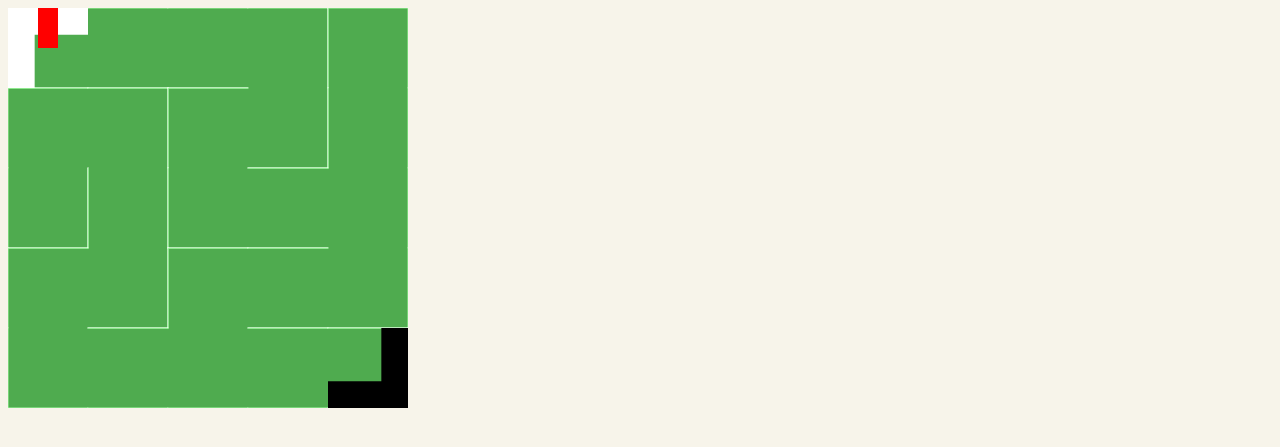
Repository: animarcus/maze-generator
Page: index.html
The author's editor kept a copy of each file at every save. The page is drawn from the files as they stood at one save, then again after the next save.
The browser window is 1280 px wide. The pictures show the whole page.
Some web libraries are served in a nearby version.

Above is the page before, as saved 2020-09-12 18:55:30.

### index.html
<!DOCTYPE html>
<html lang="en">
<head>
  <link rel="apple-touch-icon" sizes="180x180" href="/icons/apple-touch-icon.png">
  <link rel="icon" type="image/png" sizes="32x32" href="/icons/favicon-32x32.png">
  <link rel="icon" type="image/png" sizes="16x16" href="/icons/favicon-16x16.png">
  <link rel="manifest" href="/icons/site.webmanifest">
  <link rel="mask-icon" href="/icons/safari-pinned-tab.svg" color="#5bbad5">
  <link rel="shortcut icon" href="/icons/favicon.ico">
  <meta name="msapplication-TileColor" content="#da532c">
  <meta name="msapplication-config" content="/icons/browserconfig.xml">
  <meta name="theme-color" content="#ffffff">

  <script type="text/javascript" src="https://cdn.jsdelivr.net/npm/p5@1.1.4/lib/p5.min.js"></script>
  <script src="js/cell.js"></script>
  <script src="js/sketch.js"></script>
  <script src="js/solver.js"></script>


  <link rel="stylesheet" href="css/style.css">
  <meta charset="UTF-8">
  <meta name="viewport" content="width=device-width, initial-scale=1.0, maximum-scale=1.0, user-scalable=0">
  <title>Maze Generator</title>
</head>
<body>
</body>
</html>

### js/cell.js
class Cell {
  constructor(i, j) {
    this.i = i;
    this.j = j;
    this.walls = [true,true,true,true];
    this.visited = false;
  }
  checkNeighbors() {
    let neighbors = [];
    // console.log(index(i+1  , j   ));
    let top     = grid[index(this.i    , this.j-1 )];
    let right   = grid[index(this.i+1  , this.j   )];
    let bottom  = grid[index(this.i    , this.j +1)];
    let left    = grid[index(this.i-1  , this.j   )];
    if (top && !top.visited) {
      neighbors.push(top);
    }
    if (right && !right.visited) {
      neighbors.push(right);
    }
    if (bottom && !bottom.visited) {
      neighbors.push(bottom);
    }
    if (left && !left.visited) {
      neighbors.push(left);
    }
    if (neighbors.length > 0) {
      let r = floor(Math.random() * neighbors.length);
      return neighbors[r];
    } else {
      return undefined;
    }
  }
  highlight() {
    let x = this.i * w;
    let y = this.j * w;
    fill(150, 0, 0, 255);
    noStroke();
    rect(x, y, w, w);
  }
  show() {
    let x = this.i*w;
    let y = this.j*w;
    stroke(255);
    if (this.walls[0]) {
      line(x,y,x+w,y);
    }
    if (this.walls[1]) {
      line(x+w,y,x+w,y+w);
    }
    if (this.walls[2]) {
      line(x+w,y+w,x,y+w);
    }
    if (this.walls[3]) {
      line(x,y+w,x,y);
    }
    if (this.visited) {
      noStroke();
      fill(100, 255, 100, 150);
      rect(x, y, w, w);
    }
  }
}

### js/sketch.js



let cols, rows;
let w = 80;
let grid = [];
let current;
let stack = [new Cell(0, 0)];

let generated;
let solveOK;


function setup() {
  createCanvas(400,400);
  cols = floor(width/w);
  rows = floor(width/w);

  // frameRate(7);

  generated = false;
  solveOK = false;

  for (let j = 0; j < rows; j++) {
    for (let i = 0; i < cols; i++) {
      let cell = new Cell(i,j);
      grid.push(cell);
    }
  }
  current = grid[0];
}

function draw() {
  background(51);
  for (let i = 0; i < grid.length; i++) {
    grid[i].show();
  }
  if (!generated) {
    maze.generateMaze();
  } else if (solveOK) {
    maze.solveMaze();
  }
}


let maze = {
  generateMaze : function() {
    current.visited = true;
    current.highlight();
    let next = current.checkNeighbors();
    // console.log(stack);
    if (next) {
      next.visited = true;
      //step 2
      stack.push(next);
      //step 3
      removeWalls(current, next);
      //step 4
      current = next;
    } else if (stack.length > 0) {
      current = stack.pop();
      if (stack.length == 0) {
        frameRate(3);
        // console.log("no");
        solver = new Solver(0, 0);
        generated = true;

        solveOK = true;
      }
    }
  },
  solveMaze : function() {
    // grid[0].highlight();
    noStroke();
    fill(color("white"));
    rect(grid[0].i, grid[0].j, w/3, w);
    rect(grid[0].i, grid[0].j, w, w/3);
    fill(color("black"));
    rect(grid[grid.length-1].i*w + w, grid[grid.length-1].j*w + w, -w/3, -w);
    rect(grid[grid.length-1].i*w + w, grid[grid.length-1].j*w + w, -w, -w/3);

    fill(color("red"));
    // rect(solver.i+w/10,solver.j+w/10,w-w/5,w-w/5);
    solver.draw();
    solver.move();
  }
};


function index(i, j) {
  if (i < 0 || j < 0 || i > cols-1 || j > rows-1) {
    return -1;
  }
  return i + j * cols;
}


function removeWalls(a, b) {
  let x = a.i - b.i;
  if (x === 1) {
    a.walls[3] = false;
    b.walls[1] = false;
  } else if (x == -1) {
    a.walls[1] = false;
    b.walls[3] = false;
  }

  let y = a.j - b.j;
  if (y === 1) {
    a.walls[0] = false;
    b.walls[2] = false;
  } else if (y === -1) {
    a.walls[2] = false;
    b.walls[0] = false;
  }

}

### js/solver.js
let facing;
class Solver {
  constructor(x, y) {
    this.i = x;
    this.j = y;
    this.direction = -1; // up-right-down-left
  }
  draw() {
    this.current = grid[index(this.i, this.j)];

    fill(color("red"));
    // this.direction = Math.abs(this.direction);
    let x = this.i*w;
    let y = this.j*w;
    if (this.direction % 4 === 0) {
      this.facing = grid[index(this.i, this.j-1)];
      rect(x + w/2-w/8, y + w/2, w/4, -w/2);
    } else if (this.direction % 4 === 1) {
      rect(x + w/2, y + w/2-w/8, w/2, w/4);
      this.facing = grid[index(this.i+1, this.j)];
    } else if (this.direction % 4 === 2) {
      rect(x + w/2-w/8, y + w/2, w/4, w/2);
      this.facing = grid[index(this.i, this.j+1)];
    } else if (this.direction % 4 === 3) {
      rect(x + w/2, y + w/2-w/8, -w/2, w/4);
      this.facing = grid[index(this.i-1, this.j)];
    }
  }
  move() {
    console.log(" ");
    if (this.current.walls[solveDirection(this.direction)]) {
      console.log("wall in front"); // wall in front
      if (this.current.walls[solveDirection(this.direction + 1)]) {
        console.log("wall on right", solveDirection(this.direction -1)); // wall on right
        if (this.current.walls[solveDirection(this.direction - 1)]) {
          console.log("wall on left"); // wall on left
          this.direction += 1;
        } else {
          this.direction -= 1;
        }
      }
      else {
        this.direction += 1;
      }
    } else {
      if (this.current.walls[solveDirection(this.direction + 1)]) {
        this.direction -= 1;
      } else {
        this.i = this.facing.i;
        this.j = this.facing.j;
      }
    }
    // up wall check : this.current.walls[0] && this.facing.walls[2]
    // right wall check : this.current.walls[1] && this.facing.walls[3]
    // down wall check : this.current.walls[2] && this.facing.walls[0]
    // left wall check : this.current.walls[3] && this.facing.walls[1]
  }
}


function solveDirection(dir) {
  if (dir < 0) {
    dir += 4;
  }
  if (dir % 4 === 0) {
    dir = 0;
  } else if (dir % 4 === 1) {
    dir = 1;
  } else if (dir % 4 === 2) {
    dir = 2;
  } else if (dir % 4 === 3) {
    dir = 3;
  }
  return dir;
}

### css/style.css
* {
  cursor: default;
  /* -webkit-touch-callout: none;
  -webkit-user-select: none;
  -khtml-user-select: none;
  -moz-user-select: none;
  -ms-user-select: none;
  user-select: none; */
}
body {
  background: #f7f4ea;
  height: 100%;
  overflow-y: hidden;
  overflow-x: hidden;
  /* border-radius: 50%; */
}

/* p {
  position: absolute;
  top:50%;
  left:50%;
  transform: translate(-50%,-50%);
} */

After the next save:
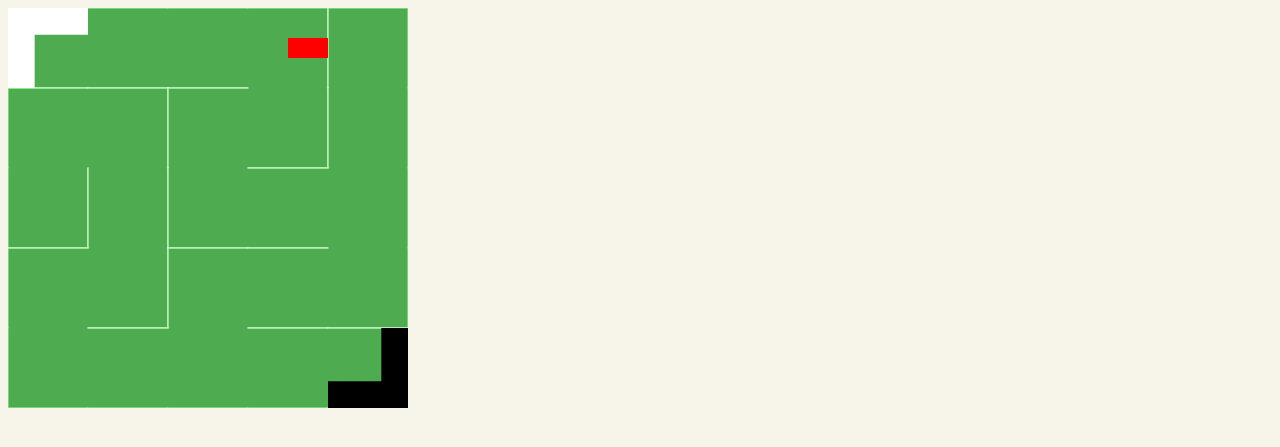
Saved 12 s later.
--- a/js/solver.js
+++ b/js/solver.js
@@ -43,7 +43,7 @@ class Solver {
         this.direction += 1;
       }
     } else {
-      if (this.current.walls[solveDirection(this.direction + 1)]) {
+      if (!this.current.walls[solveDirection(this.direction + 1)]) {
         this.direction -= 1;
       } else {
         this.i = this.facing.i;
